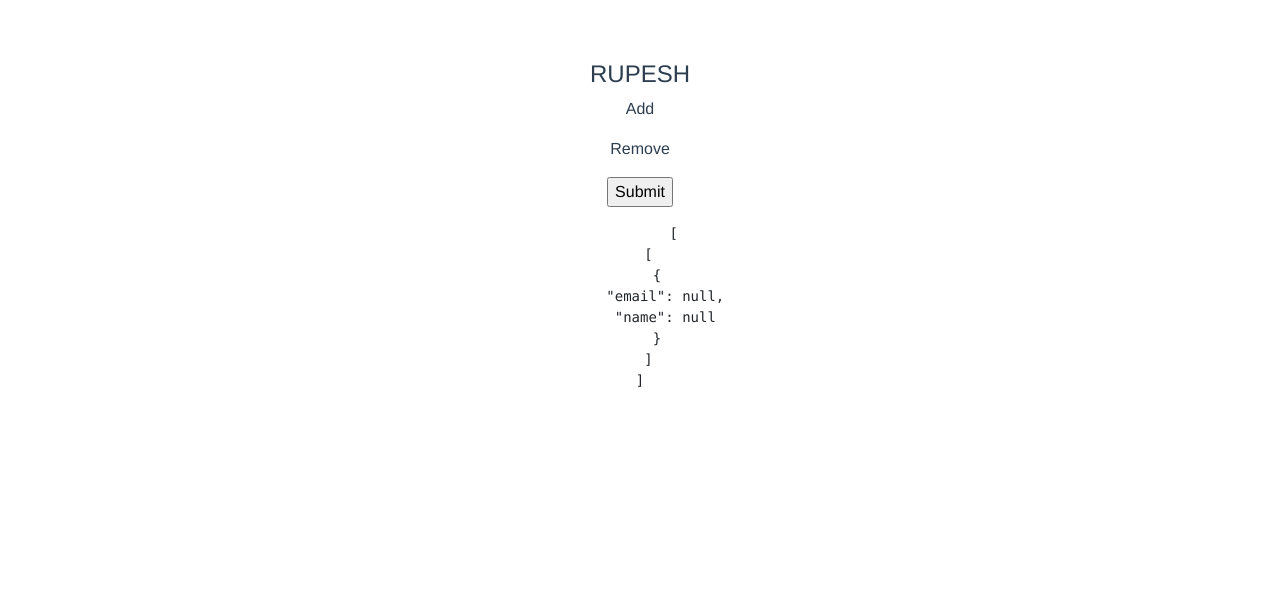
Repository: rupeshpawar93/vue-profile
Page: /company-form
The author's editor kept a copy of each file at every save. The page is drawn from the files as they stood at one save, then again after the next save.
The browser window is 1280 px wide. The pictures show the whole page.
The project was rebuilt for these pictures with package versions that can differ from the ones it lists, and the page was loaded fresh each time. Also part of the build but not shown: webpack.config.js, src/components/Portfolio.vue, src/components/PortfolioDetail.vue, src/components/Mycart.vue.

Above is the page before, as saved 2019-11-06 15:40:37.

After the next save:
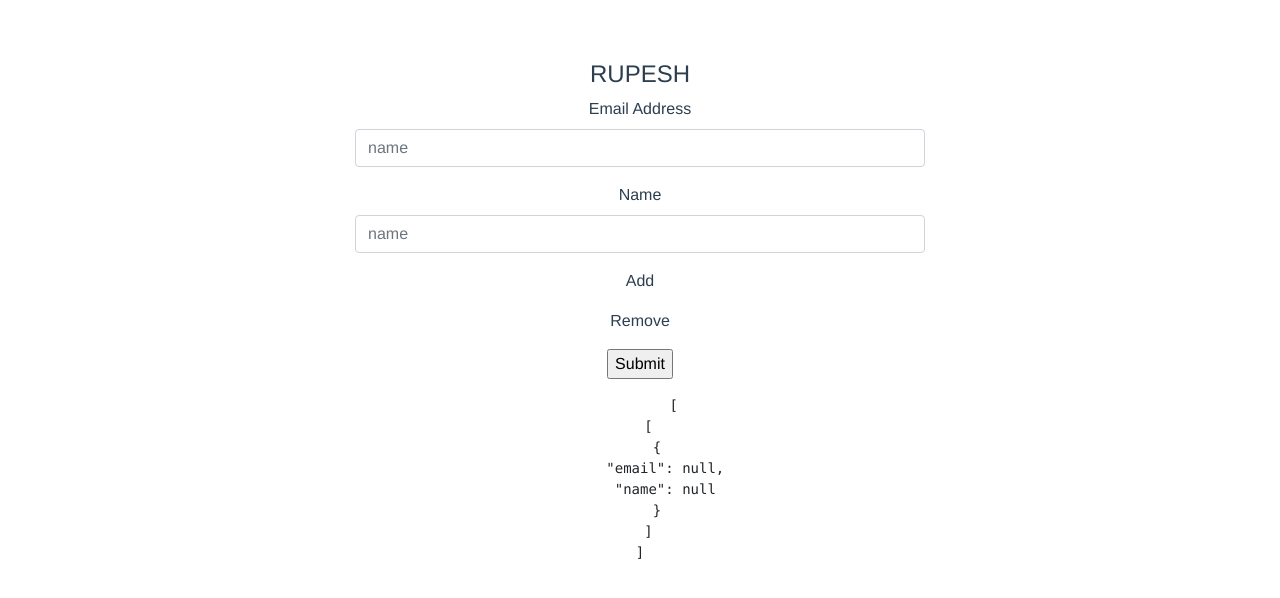
Saved 21 s later.
--- a/src/reuse/Input.vue
+++ b/src/reuse/Input.vue
@@ -1,5 +1,9 @@
 <template>
    <div v-if="item.type=='text'" class="form-group">
+        <label for="exampleInputPassword1">{{name}}</label>
+        <input :type="type" class="form-control" value=""  placeholder="name" v-model="item.name">
+    </div>
+     <div v-else="item.type" class="form-group">
         <label for="exampleInputPassword1">{{name}}</label>
         <input :type="type" class="form-control" value=""  placeholder="name" v-model="item.name">
     </div>
